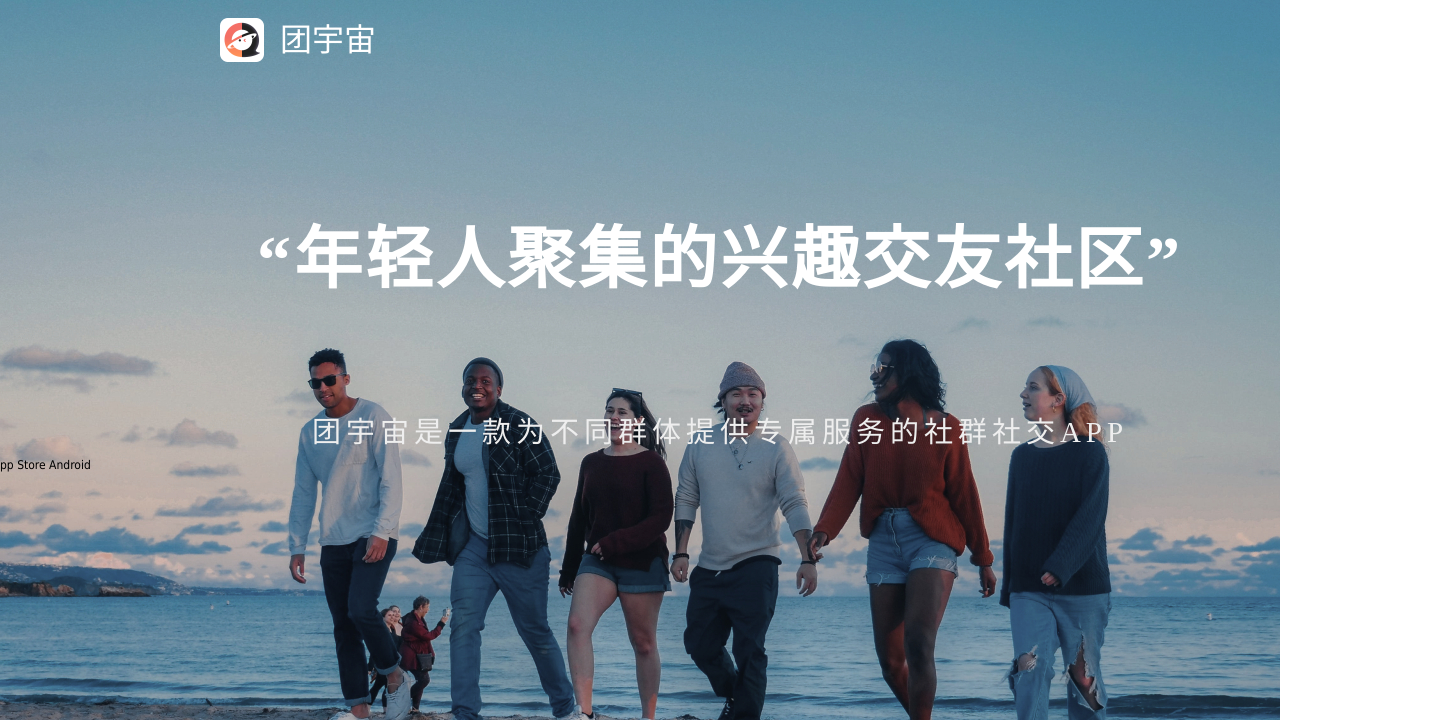
Repository: SanpLee/tyz
Page: homePage/index.html
These files come from the project's save history. The page is drawn as it stood at one moment and after the next save; the edit follows.
The browser window is 1280 px wide. The page is 1440 px wide, so the pictures cover 1440 px, including what lies to the right of the window. The pictures show the whole page.

Above is the page before, as saved 2022-05-25 17:08:26.

### homePage/index.html
<!DOCTYPE html>
<html lang="en">
<head>
    <meta charset="UTF-8">
    <meta http-equiv="X-UA-Compatible" content="IE=edge">
    <meta name="description" content="团宇宙是一款为不同群体提供专属服务的社群社交APP，年轻人聚集的兴趣交友社区">
    <link rel="shortcut icon" href="/favicon.ico" type="image/x-icon">
    <title>团宇宙</title>
    <link href="css/index.css" rel="stylesheet">
</head>
<body>
    <div class="bg">
        <div class="main">
            <div class="sc-top clearfix">
                <div class="logo left"></div>
                <div class="name left">团宇宙</div>
            </div>
            <div class="sc-des1">“年轻人聚集的兴趣交友社区”</div>
            <div class="sc-des2">团宇宙是一款为不同群体提供专属服务的社群社交APP</div>
            <div class="sc-use">
                <span class="app"><b></b>pp Store</span>
                <span class="app"><b></b>Android</span>
                <span class="qr"><b></b></span>
            </div>
        </div>
    </div>

    <script type="text/javascript">
        // 设置元素高度为浏览器可视区域高度
        document.querySelectorAll('.main')[0].style.height= document.documentElement.clientHeight + 'px'
    </script>
</body>
</html>

### homePage/css/index.css
* {
  padding: 0;
  margin: 0;
}
body {
  font: 12px/1.5 Microsoft YaHei,Heiti SC,tahoma,arial,Hiragino Sans GB,"\5B8B\4F53",sans-serif;
  background: #fff;
  color: #000;
}
ol,ul,li {
  list-style: none;
}
img {
  vertical-align: top;
  border: 0;
}

input::-moz-focus-inner {
  border-color: transparent !important;
}

table {
  border-collapse: collapse;
  table-layout: fixed;
  word-break: break-all; /*固定表格宽度，不被撑开*/
}

input[type="button"]:hover,input[type="submit"]:hover {
  cursor: pointer;
}

.left{
    float: left;
}
.right{
    float: right;
}
/*清除浮动*/
.clearfix:after {
  content: "020";
  display: block;
  height: 0;
  clear: both;
  visibility: hidden;
}
.clearfix {
  /* 触发 hasLayout */
  zoom: 1;
}
/* rest css end */

/* page css */
.bg{
  width: 100%;
  height: 100%;
  background-image: url(../images/bg.jpg);
  background-color: white;
  background-position: center top;
  background-repeat: no-repeat;
}
.main {
  width:1440px;
  height: 100%;
  margin: 0 auto;
}
.sc-top {
   padding: 18px 0 0 220px;
}
.sc-top .logo{
    width: 44px;
    height: 44px;
    background-image: url(../images/ic_logo.png);
    background-repeat: no-repeat;
}
.sc-top .name{
    font-size: 32px;
    font-family: Noto Sans SC-Medium, Noto Sans SC;
    font-weight: 500;
    color: #FFFFFF;
    height: 44px;
    line-height: 44px;
    padding-left: 16px;
}
.sc-des1{
    padding-top:158px;
    height: 95px;
    font-size: 68px;
    font-family: PingFang SC-Semibold, PingFang SC;
    font-weight: 600;
    color: #FFFFFF;
    line-height: 80px;
    letter-spacing: 3px;
    text-align: center;
}
.sc-des2{
    padding-top:100px;
    height: 41px;
    font-size: 29px;
    font-family: PingFang SC-Regular, PingFang SC;
    font-weight: 400;
    color: #EEEEEE;
    line-height: 34px;
    letter-spacing: 5px;
    text-align: center;
}
.sc-use{

}

After the next save:
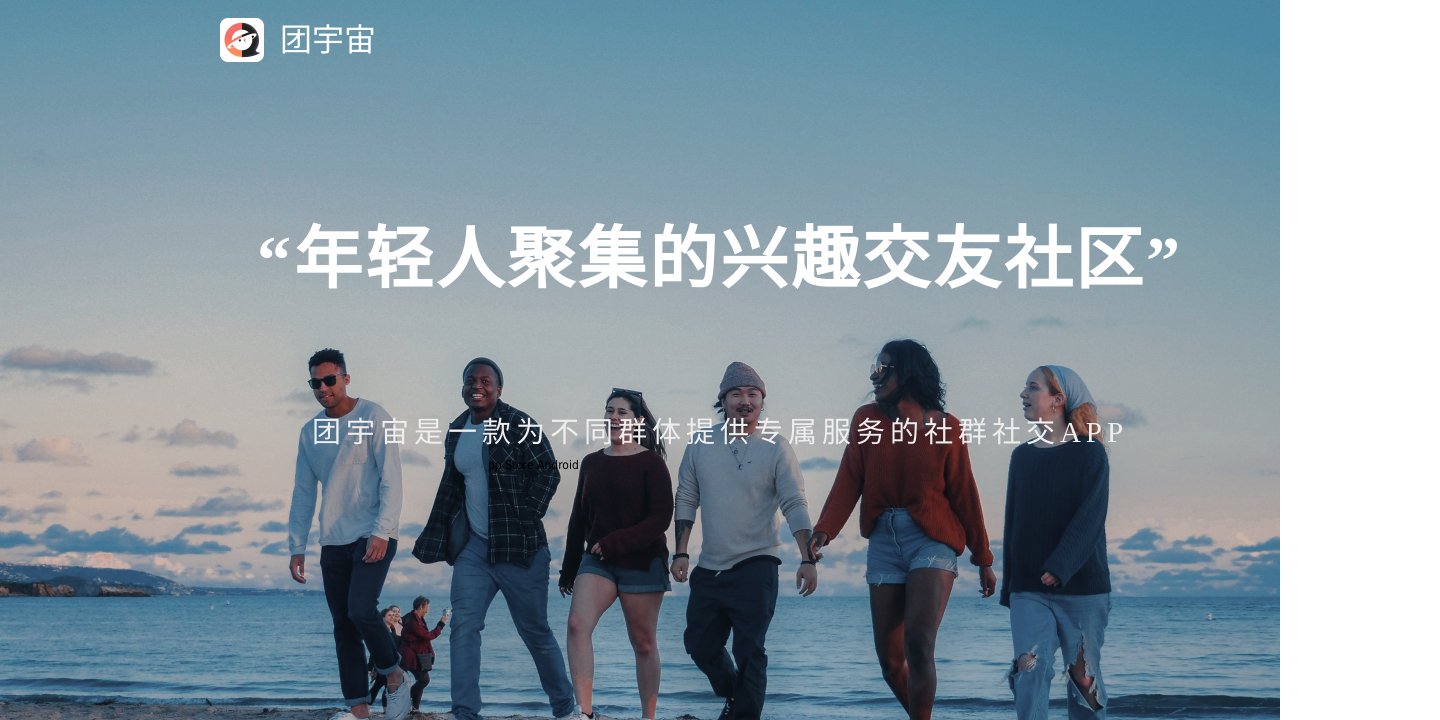
Saved 2 min 47 s later.
--- a/homePage/css/index.css
+++ b/homePage/css/index.css
@@ -104,5 +104,6 @@
     text-align: center;
 }
 .sc-use{
-
+    width: 464px;
+    margin: 0 auto;
 }
